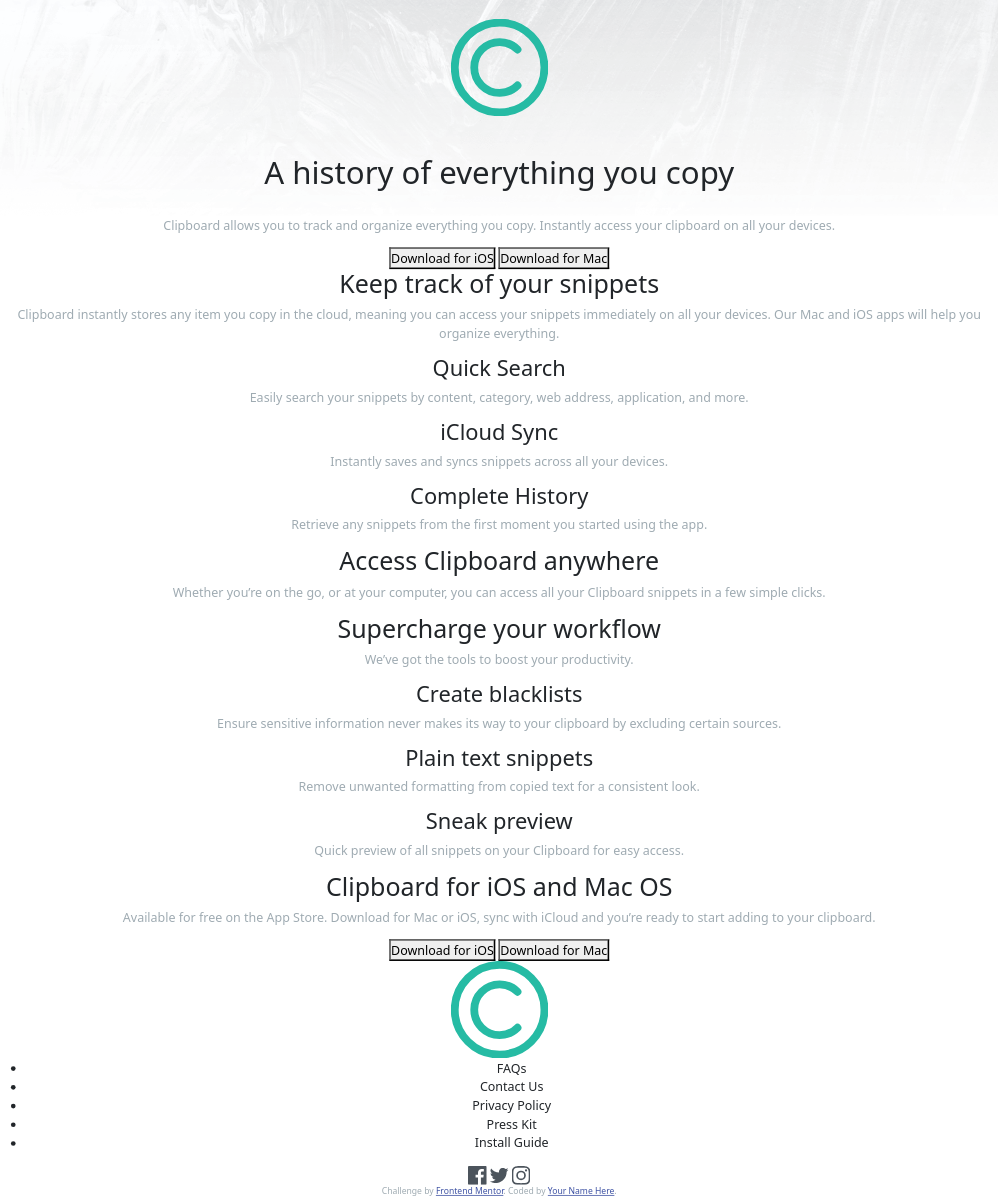
Repository: blordeus/clipboard-landing-page-master
Page: index.html
An editor plug-in stored every save of this project. The page is shown before and after a run of saves, followed by the edit.
The browser window is 1280 px wide. The pictures show the whole page, at 78% of full size.
Some web fonts or font styles are not loaded; a fallback is used. The style sheet was rebuilt from its Sass, Less or Tailwind sources for each picture, by a compiler version that may differ from the author's.

Above is the page before, as saved 2023-09-04 11:21:34.

After the next 2 saves:
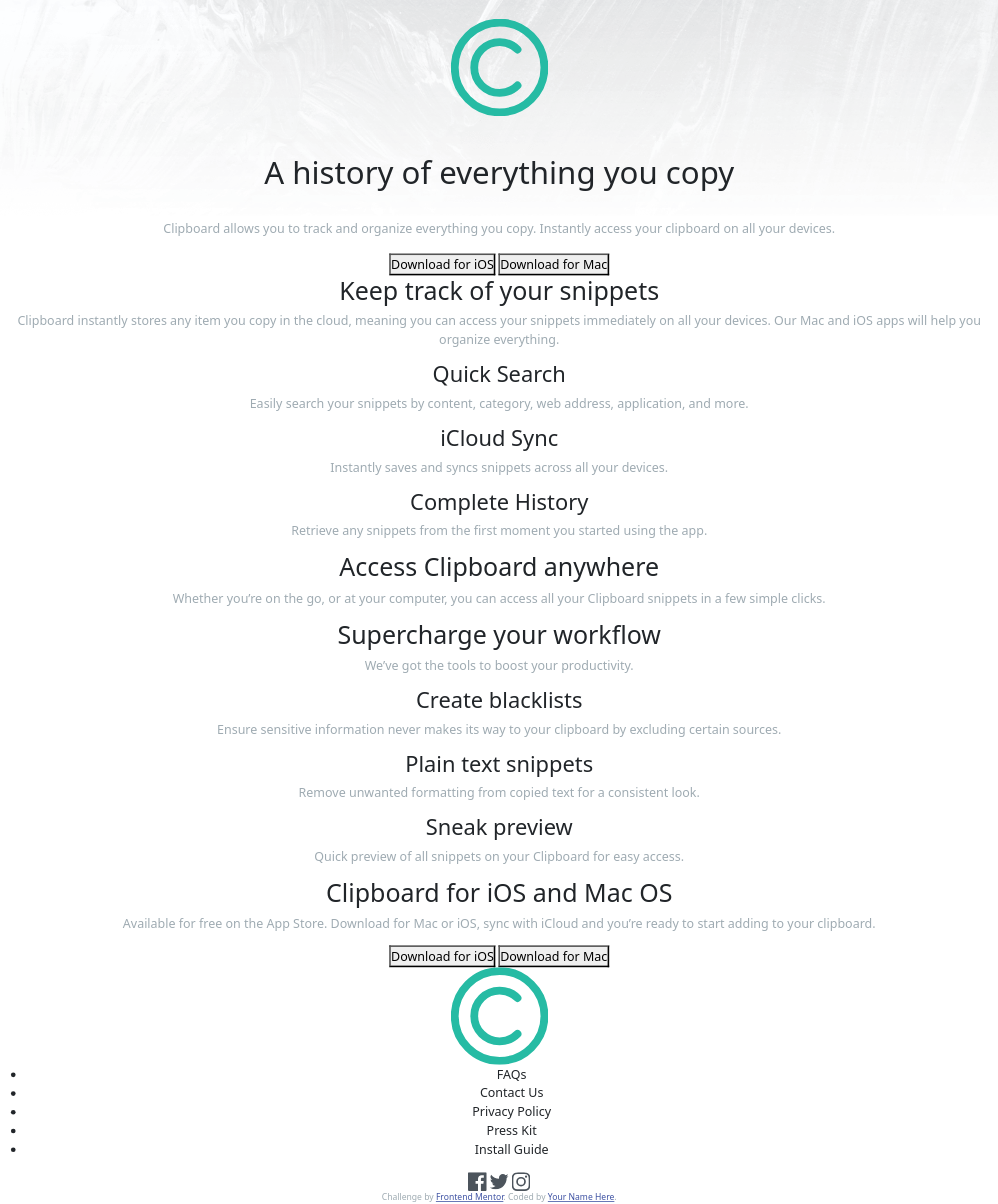
The 2 saves are shown as one change because they came seconds apart.
The last was saved 5 s later.
--- a/index.html
+++ b/index.html
@@ -17,7 +17,7 @@
       <h1 class="mt-5 translate-bottom-y">A history of everything you copy</h1>
     </header>
 
-    <p class="lh-base">
+    <p class="lh-lg">
       Clipboard allows you to track and organize everything you
       copy. Instantly access your clipboard on all your devices.
     </p>
